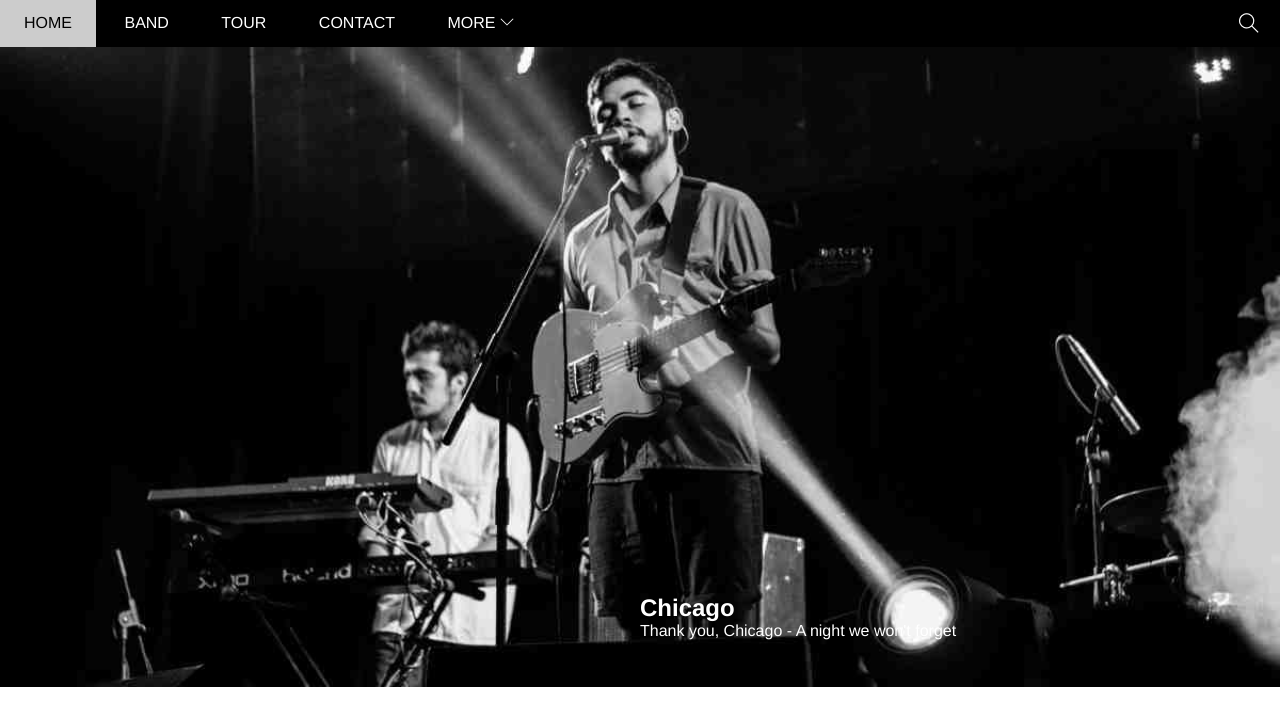
Repository: qhoa25623/The-Band
Page: index.html
An editor plug-in stored every save of this project. The page is shown before and after a run of saves, followed by the edit.
The browser window is 1280 px wide. The pictures show the whole page.

Above is the page before, as saved 2022-04-25 22:51:36.

After the next 5 saves:
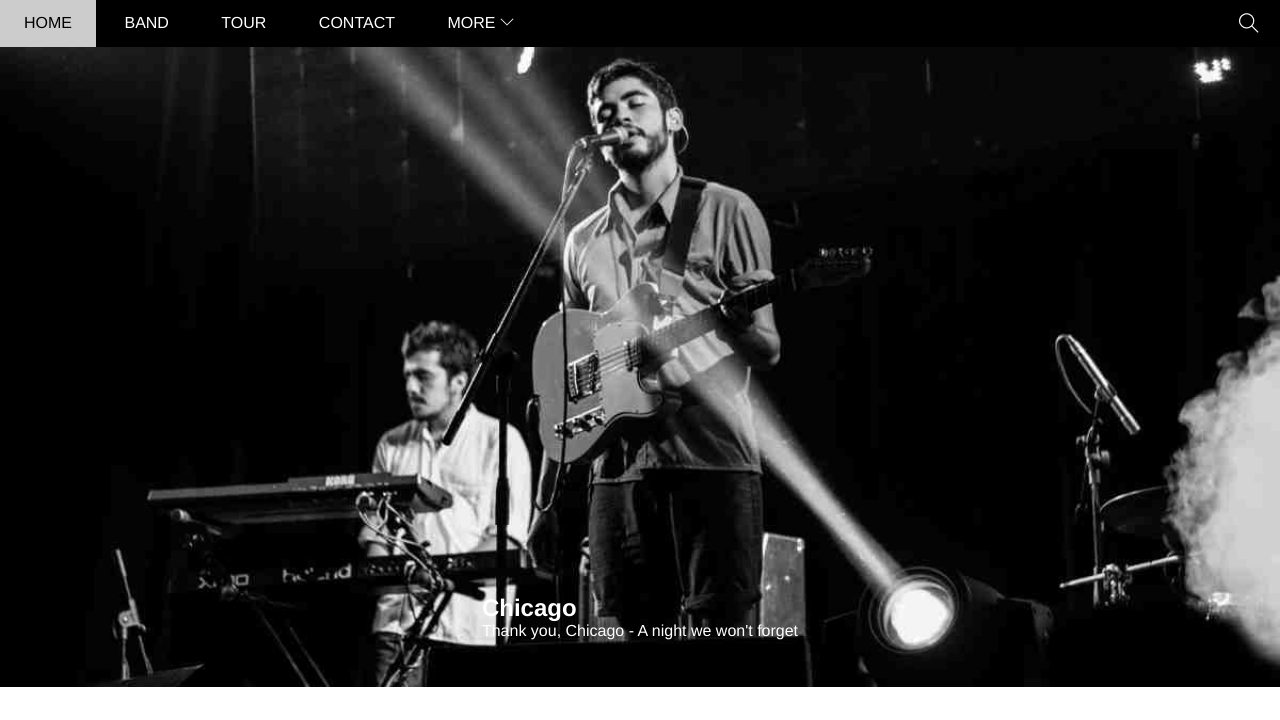
The 5 saves are shown as one change because they came seconds apart.
The last was saved 45 s later.
--- a/assets/css/styles.css
+++ b/assets/css/styles.css
@@ -88,6 +88,7 @@ html {
   bottom: 47px;
   color: #fff;
   left: 50%;
+  transform: translateX(-50%)
 }
 #slider .text-heading {
 }
